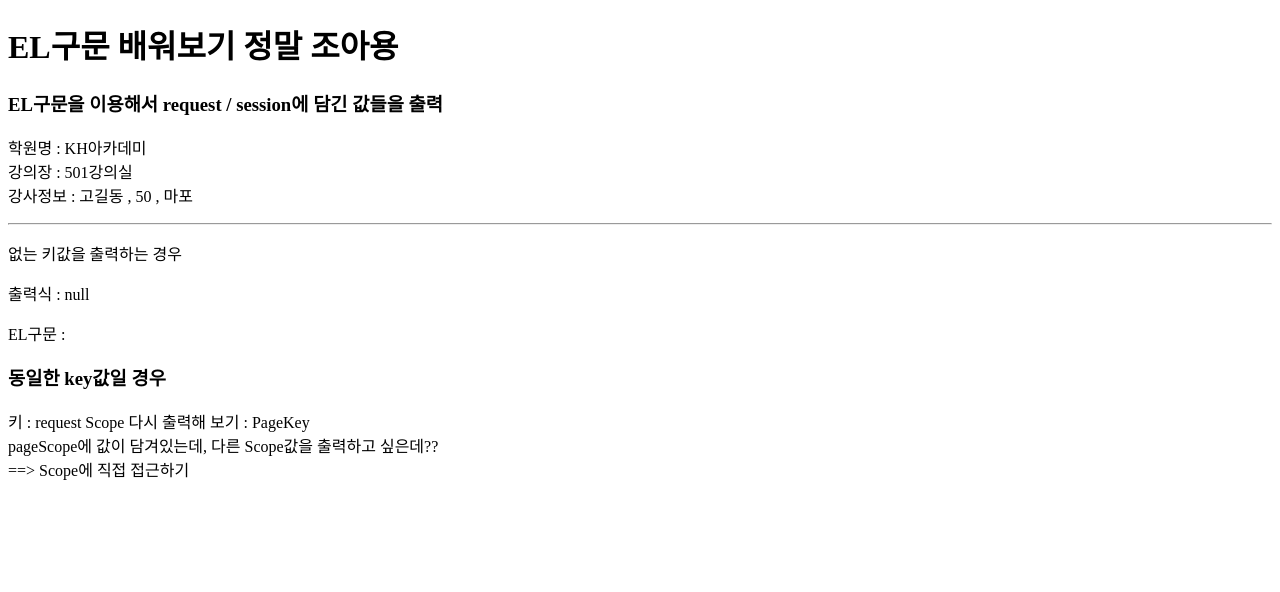
Repository: rlaehqkf/java_practice
Page: http://localhost/ActionProject/el.do
The author's editor kept a copy of each file at every save. The page is drawn from the files as they stood at one save, then again after the next save.
The browser window is 1280 px wide. The pictures show the whole page.
The page is served by Tomcat 9.

Above is the page before, as saved 2026-05-06 06:15:23.

### ActionProject/src/main/webapp/WEB-INF/views/01_el.jsp
<%@ page language="java" contentType="text/html; charset=UTF-8"
    pageEncoding="UTF-8"%>

<%@ page import="com.kh.el.model.dto.Person" %>

<!DOCTYPE html>
<html>
<head>
<meta charset="UTF-8">
<title>초강력 JSP</title>
</head>
<body>

	<h1>EL구문 배워보기 정말 조아용</h1>

	<%--

	<%
		String classRoom = (String)request.getAttribute("classRoom");
		Person student = (Person)request.getAttribute("student");

		String academy = (String)session.getAttribute("academy");
		Person lecture = (Person)session.getAttribute("lecture");
	%>

	<p>
		학원명 : <%= academy %> <br>
		강의장 : <%= classRoom %> <br>
		강사정보 : <%= lecture.getName() %>, <%= lecture.getAge() %>, <%= lecture.getAdress() %> <br><br>

		수강생의 정보
		<ul>
			<li> 이름 : <%= student.getName() %></li>
			<li> 나이 : <%= student.getAge() %></li>
			<li> 주소 : <%= student.getAdress() %></li>
		</ul>
	</p>
	--%>

	<h3>EL구문을 이용해서 request / session에 담긴 값들을 출력</h3>

	<p>
		학원명 : ${ academy } <br>
		강의장 : ${ classRoom } <br>
		강사정보 : ${ lecture.name } , ${ lecture.age } , ${ lecture.address } <br>
					<!-- getName() -->



		<!--
			실제로 필드에 직접 접근하는 것은 불가능
			.name => getName()
			내부적으로 getter메소드를 찾아서 호출하는 값을 출력하는 구조
		-->
	</p>

	<hr>

	<p>없는 키값을 출력하는 경우</p>

	<p>출력식 : <%= request.getAttribute("clasRoom") %> </p>
	<p>EL구문 : ${ clasRoom }</p>

	<h3>동일한 key값일 경우</h3>

	키 : ${ key }

	<%
		// page Scope 에 추가
		pageContext.setAttribute("key", "PageKey");
	%>

	다시 출력해 보기 : ${ key } <br>

	<!--

		EL구문은 가장 적은 범위의 scope부터 키값을 찾음
		page => request => session => application순으로 키 값을 검색

		모든 영역을 다 찾았는데 키가 존재하지 않는다? => 아무일도 일어나지 않음 오류 안남
	 -->

	pageScope에 값이 담겨있는데, 다른 Scope값을 출력하고 싶은데?? <br>

	==> Scope에 직접 접근하기 <br><br>









</body>
</html>

### ActionProject/src/main/java/com/kh/el/controller/ElServlet.java
package com.kh.el.controller;

import java.io.IOException;
import javax.servlet.ServletException;
import javax.servlet.annotation.WebServlet;
import javax.servlet.http.HttpServlet;
import javax.servlet.http.HttpServletRequest;
import javax.servlet.http.HttpServletResponse;
import javax.servlet.http.HttpSession;

import com.kh.el.model.dto.Person;


@WebServlet("/el.do")
public class ElServlet extends HttpServlet {
	private static final long serialVersionUID = 1L;


    public ElServlet() {
        super();
        // TODO Auto-generated constructor stub
    }


	protected void doGet(HttpServletRequest request, HttpServletResponse response) throws ServletException, IOException {
		// 만약 서블릿에서 응답할 데이터가 존재한다면!!
		// JSP로 포워딩 할 때 request.setAttribute("name값", "value값") -> forward~~
		// request -> Servlet내장객체 / Scope객체


		// application / session / request / page

		/*
		 * 1. application scope : ServletContext
		 * 한 애플리케이션 당 딱 한개 존재하는 객체
		 * 이 영역에 데이터를 담으면 애플리케이션 전역에서 사용 가능
		 *
		 *
		 * 2. session scope : HttpSession
		 * 하나의 브라우저 당, 한개 존재하는 객체
		 * 이 영역에 데이터를 담으면 JSP/Servlet단에서 사용 가능
		 * 값이 한 번 담기면 서버를 멈추거나, 세션을 비우거나(로그아웃), 브라우저가 닫히기 전까지는 계속 사용 가능
		 *
		 * 3. request scope : HttpServletRequest
		 * 요청 및 응답 시 매번 생성되는 객체
		 * 이 영역에 데이터를 담으면 해당 request를 포워딩 받는 응답 JSP에서만 사용가능(1회성)
		 *
		 * 4. page scope : PageContext
		 * JSP페이지에서만 사용가능
		 *
		 * => 위 객체들에 속성을 추가할 때는 .setAttribute("name값" 벨류);
		 * 							  .getAttribute("name값");
		 * 							  .removeAttribute("name값");
		 *
		 */
		// DB에서 작업한 요청 처리 결과
		// DTO(VO) 한 개, List<DTO>, int, String

		request.setAttribute("classRoom", "501강의실");
		request.setAttribute("student", new Person("홍길동", 15, "한양"));

		// sessionScope
		HttpSession session = request.getSession();
		session.setAttribute("academy", "KH아카데미");
		session.setAttribute("lecture", new Person("고길동", 50, "마포"));

		// 동일한 key
		request.setAttribute("key", "request Scope");
		session.setAttribute("key", "session Scope");


		// 응답 뷰 배정 -> 포워딩
		request.getRequestDispatcher("WEB-INF/views/01_el.jsp").forward(request, response);

	}




	protected void doPost(HttpServletRequest request, HttpServletResponse response) throws ServletException, IOException {
		// TODO Auto-generated method stub
		doGet(request, response);
	}

}

### ActionProject/src/main/java/com/kh/el/model/dto/Person.java
package com.kh.el.model.dto;

public class Person {
	private String name;
	private int age;
	private String address;

	public Person(String name, int age, String address) {
		super();
		this.name = name;
		this.age = age;
		this.address = address;
	}
	public Person() {
		super();
	}
	public String getName() {
		return name;
	}
	public void setName(String name) {
		this.name = name;
	}
	public int getAge() {
		return age;
	}
	public void setAge(int age) {
		this.age = age;
	}
	public String getAddress() {
		return address;
	}
	public void setAdress(String address) {
		this.address = address;
	}

	@Override
	public String toString() {
		return "Person [name=" + name + ", age=" + age + ", address=" + address + "]";
	}



}

After the next save:
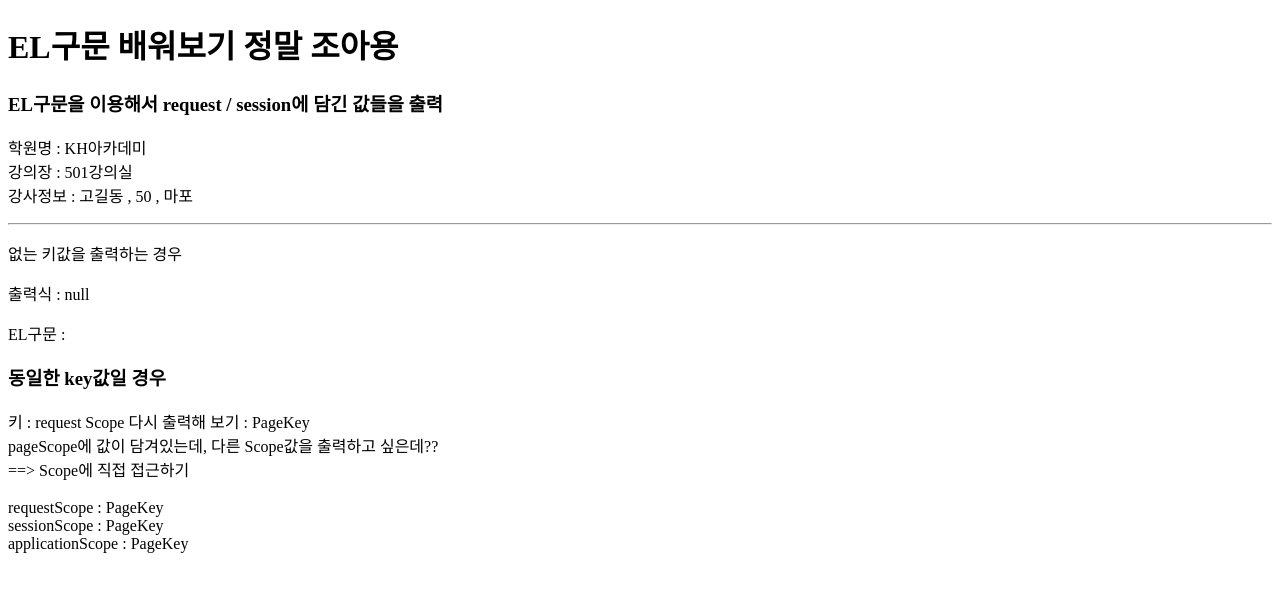
Saved 32 s later.
--- a/ActionProject/src/main/webapp/WEB-INF/views/01_el.jsp
+++ b/ActionProject/src/main/webapp/WEB-INF/views/01_el.jsp
@@ -84,6 +84,10 @@
 
 	==> Scope에 직접 접근하기 <br><br>
 
+	requestScope : ${ key } <br>
+	sessionScope : ${ key } <br>
+	applicationScope : ${ key } <br>
+
 
 
 
